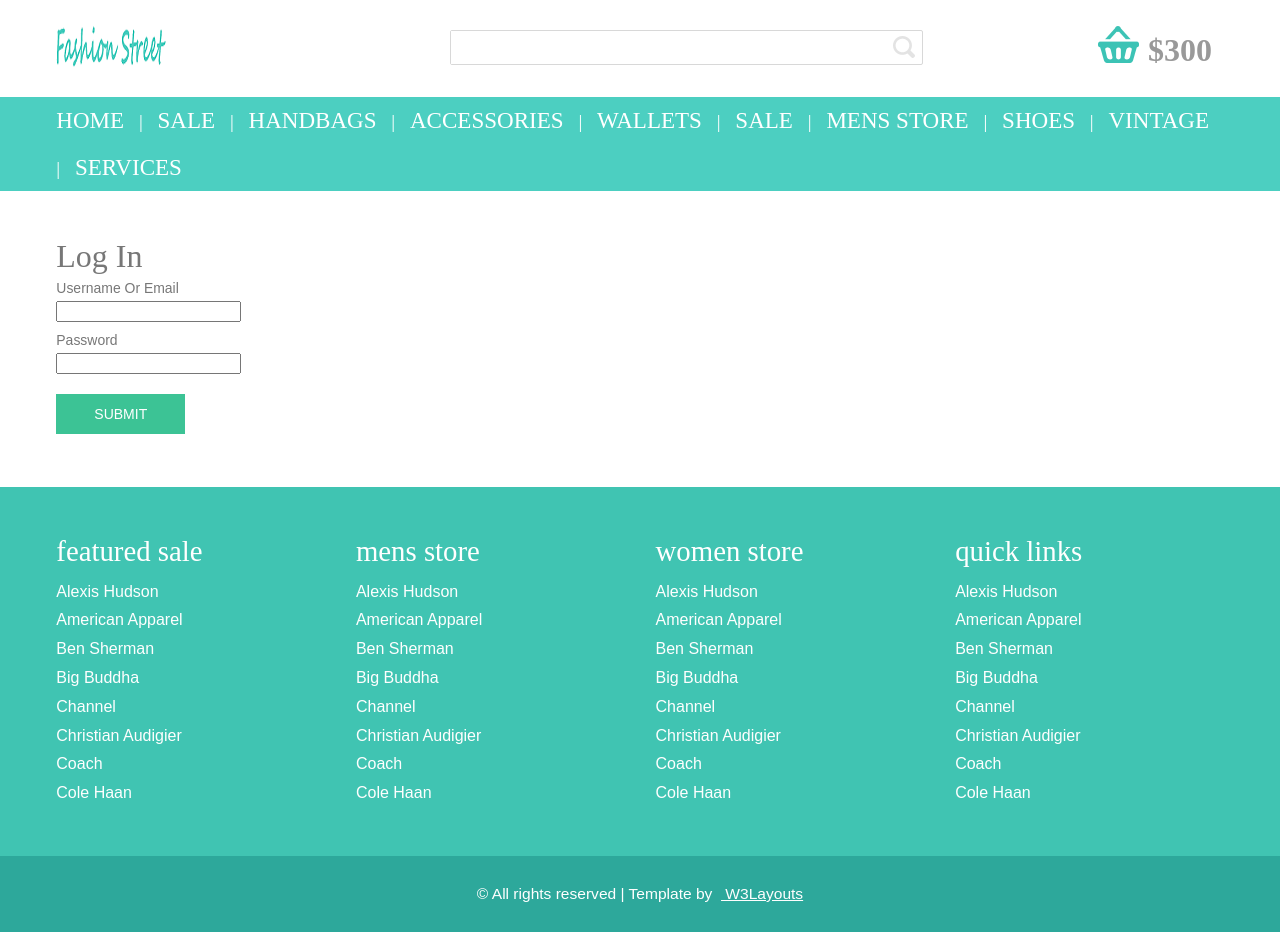
Repository: dshah5/FashionStreet
Page: FashionStreet/WebContent/login.html
An editor plug-in stored every save of this project. The page is shown before and after the next save, followed by the edit.
The browser window is 1280 px wide. The pictures show the whole page.
Some web fonts or font styles are not loaded; a fallback is used.

Above is the page before, as saved 2015-09-23 06:09:03.

After the next save:
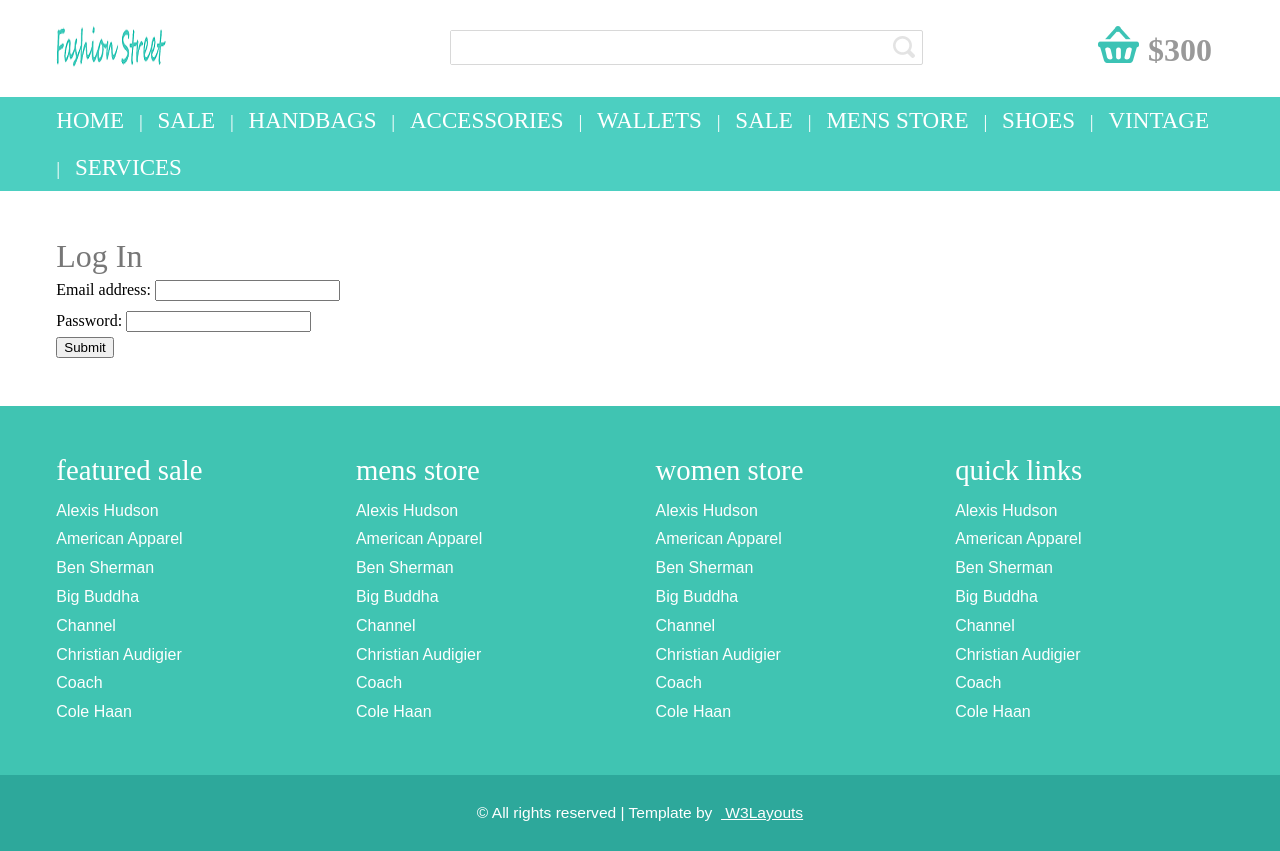
Saved 3 min 26 s later.
--- a/FashionStreet/WebContent/login.html
+++ b/FashionStreet/WebContent/login.html
@@ -102,18 +102,15 @@
 				  <div class="contact-form">
 			 	  	 	<h2>Log In</h2>
 			 	 	    <form method="post" action="index.html">
-					    	<div>
-						    	<span><label>Username or Email</label></span>
-						    	<span><input name="userName" type="email" class="textbox"></span>
-						    </div>
-						    <div>
-						    	<span><label>Password</label></span>
-						    	<span><input name="userEmail" type="password" class="textbox"></span>
-						    </div>
-
-						   <div>
-						   		<span><input type="submit" class="" value="Submit"></span>
-						  </div>
+					    	<div class="form-group">
+    							<label for="email">Email address:</label>
+    							<input type="email" class="form-control" id="email">
+  							</div>
+  							<div class="form-group">
+   		 						<label for="pwd">Password:</label>
+    							<input type="password" class="form-control" id="pwd">
+  							</div>
+  							<button type="submit" class="btn btn-default">Submit</button>
 					    </form>
 				    </div>
   				<div class="clear"></div>
